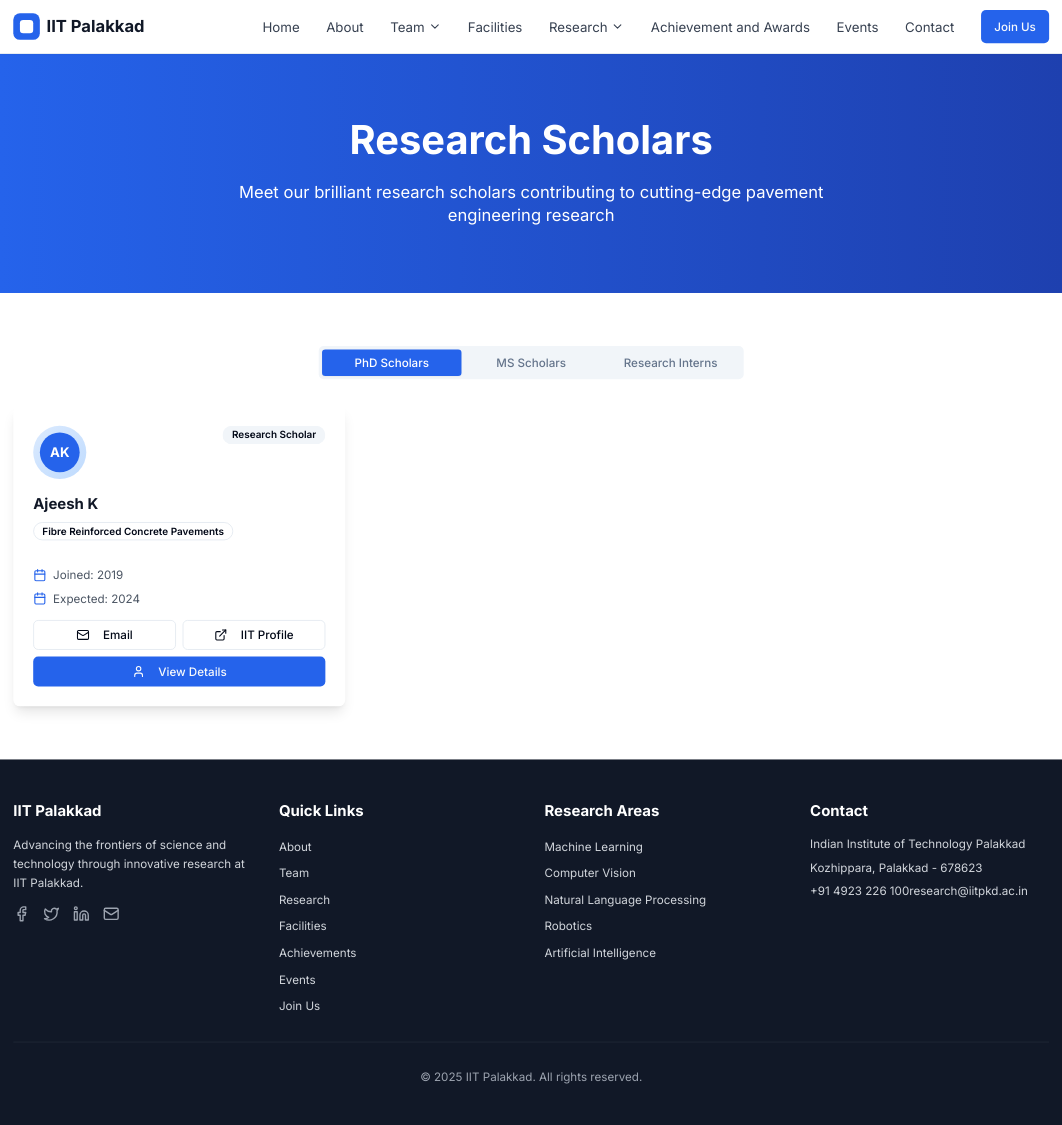
Repository: Gopikrish-30/ARISE
Page: /team/scholars
The author's editor kept a copy of each file at every save. The page is drawn from the files as they stood at one save, then again after a run of saves.
The browser window is 1280 px wide. The pictures show the whole page, at 83% of full size.
The project was rebuilt for these pictures with package versions that can differ from the ones it lists, and the page was loaded fresh each time. The framework's server and built-in components were replaced by stand-ins that run in the browser. Also part of the build but not shown: next.config.mjs, components/ui/dialog.tsx.

Above is the page before, as saved 2025-06-22 23:58:16.

After the next 2 saves:
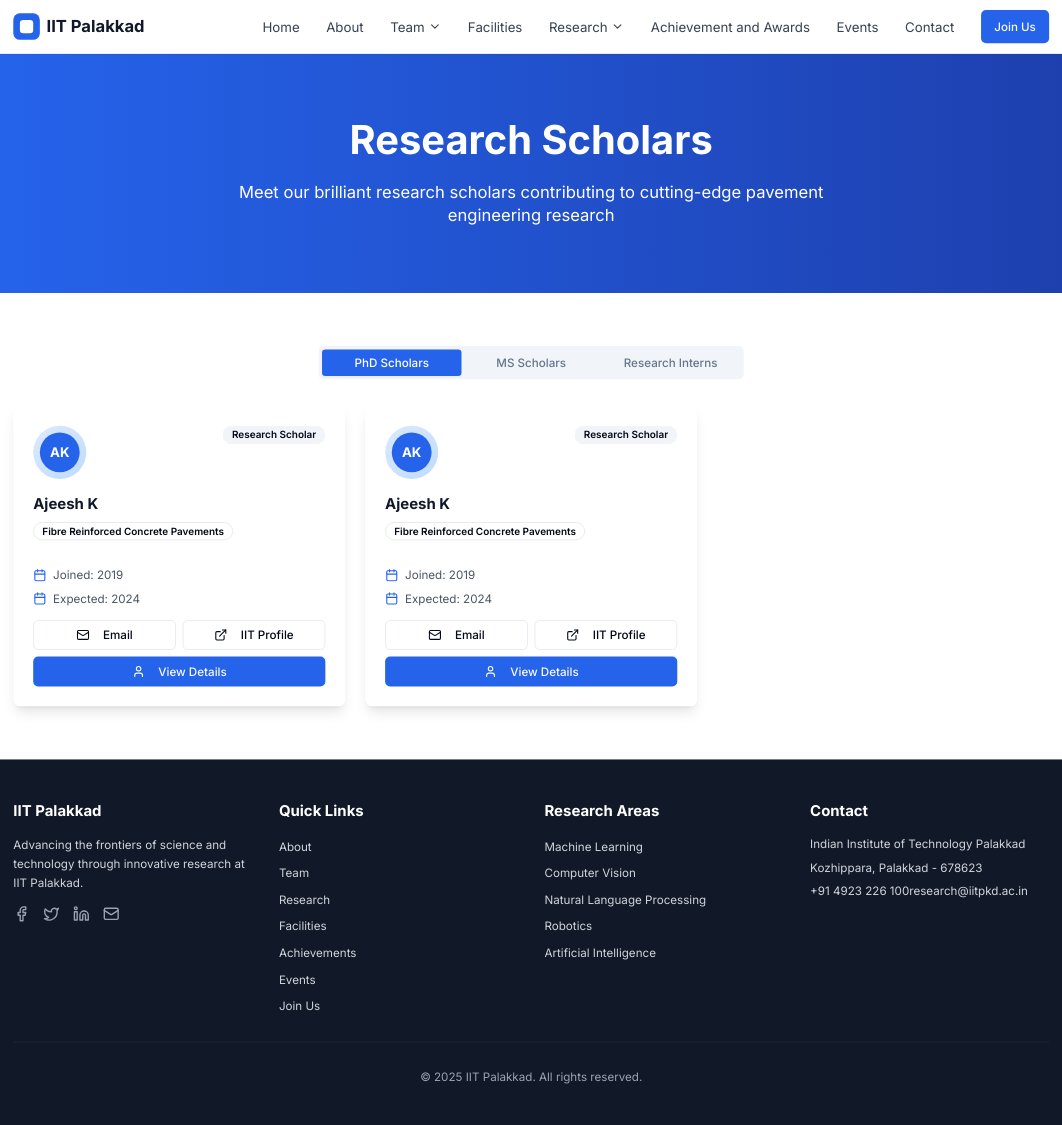
The 2 saves are shown as one change because they came seconds apart.
The last was saved 12 s later.
--- a/components/research-scholars-grid.tsx
+++ b/components/research-scholars-grid.tsx
@@ -24,6 +24,17 @@
 
     },
 
+    {
+      name: "Ajeesh K",
+      role: "Research Scholar",
+      interests: ["Fibre Reinforced Concrete Pavements"],
+      joiningDate: "2019",
+      expectedCompletion: "2024",
+      email: "101914001@smail.iitpkd.ac.in",
+      phone: "+91 9876543210",
+      iitProfile: "https://iitpkd.ac.in/people/101914001",
+
+    },
 
   ]
 
